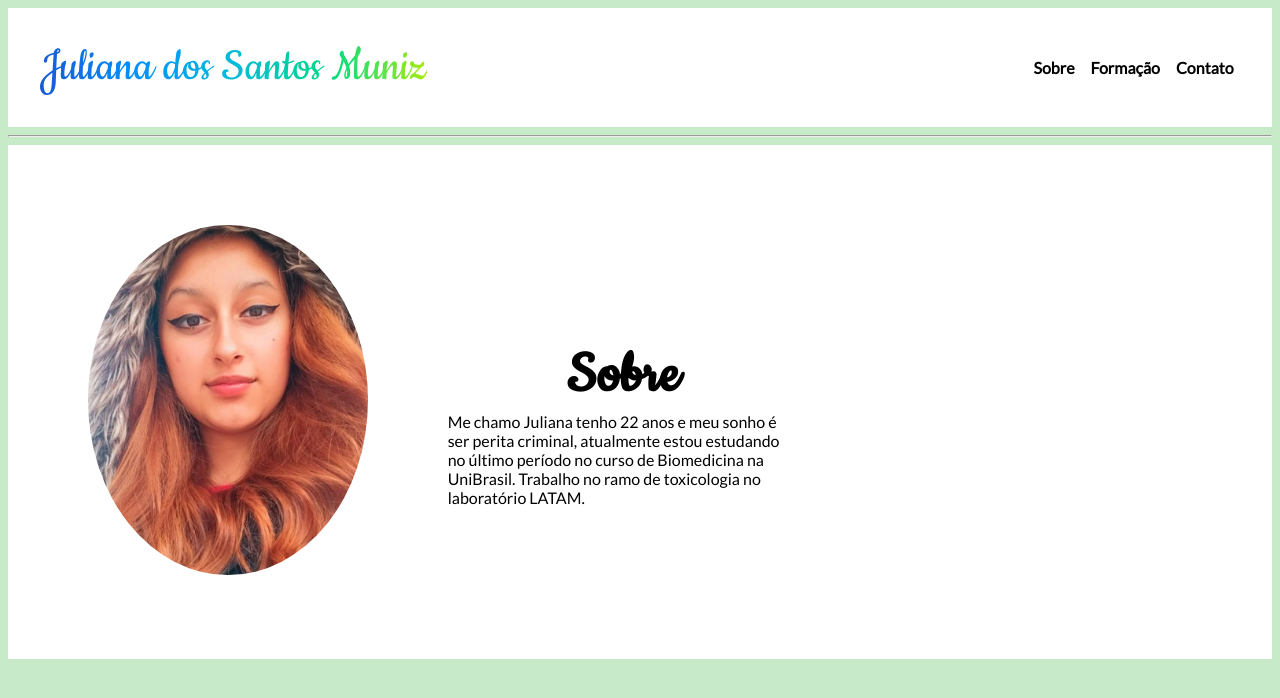
Repository: joaovnogueira/Portfolio-Juliana
Page: index.html
These files come from the project's save history. The page is drawn as it stood at one moment and after a run of saves; the edit follows.
The browser window is 1280 px wide. The pictures show the whole page.

Above is the page before, as saved 2022-06-14 16:17:23.

### index.html
<!DOCTYPE html>
<html lang="en">
<head>
    <link rel="stylesheet" href="styles.css">
    <meta charset="UTF-8">
    <meta http-equiv="X-UA-Compatible" content="IE=edge">
    <meta name="viewport" content="width=device-width, initial-scale=1.0">
    <title>Portfólio Juliana</title>
</head>
<body>
    <header>
        <nav>
            <div class="logo">Juliana dos Santos Muniz</div>
            <div class="menu">
                <a href="">Sobre</a>
                <a href="">Formação</a>
                <a href="">Contato</a>
            </div>
        </nav>
    </header>
    <hr>
    <main>
        <div class="perfil">
            <div class="foto">
                <img src="./assets/foto-perfil.png" alt="Foto de perfil" class="fotoperfil">
            </div>
            <div class="conteudo">
                <img src="/." alt=""><h1>Sobre</h1>
                <p>Me chamo Juliana tenho 22 anos e meu sonho é ser perita criminal,
                atualmente estou estudando no último período no curso de Biomedicina na UniBrasil.
                Trabalho no ramo de toxicologia no laboratório LATAM.</p>
            </div>
        </div>
    </main>
    <footer></footer>
</body>
</html>

### styles.css
@import url('https://fonts.googleapis.com/css2?family=Cookie&display=swap');
@import url('https://fonts.googleapis.com/css2?family=Lato&display=swap');

body{
    background-color: #C7EBC8;
}

header {
    background-color: #FFFFFF;
    padding: 2rem;
    align-items: center;
}

nav{
    display: flex;
    justify-content: space-between;
    align-items: center;
}

.logo{
    font-family: 'Cookie', cursive;
    font-size: 50px;
    background-clip: text;
    -webkit-background-clip: text;
    background-image: linear-gradient(to right, #1859d3, #0091fc, #00bbd9, #00da84, #a8eb12);
    color: transparent;
}

.menu{
    font-family: 'Lato', sans-serif;
    font-weight: bold;
}

a{
    text-decoration: none;
    color: black;
    margin: .4rem;
}

hr{
    background-color: #FFFFFF;
}



.perfil {
    background-color: #FFFFFF;
    display: flex;
    padding: 5rem;
    align-items: center;
}

.foto{
    align-items: center;
    margin-right: 80px;
}

.conteudo{
    align-items: center;
    max-width: 350px;
    max-height: 100vh;
    text-align: center;
    vertical-align:middle;

}

h1{
    font-family: 'Cookie', cursive;
    font-weight: bold;
    font-size: 64px;
    vertical-align:middle;
    margin-bottom: 1px;
}

p{
    margin-top: 1px;
    font-family: 'Lato', sans-serif;
    text-align: left;
}

.fotoperfil{
    border-radius: 50%;
    max-width:750px;
    max-height:350px;
    width: auto;
    height: auto;
}

.icon{
    max-width: 40px;
    max-height:40px;
}

After the next 2 saves:
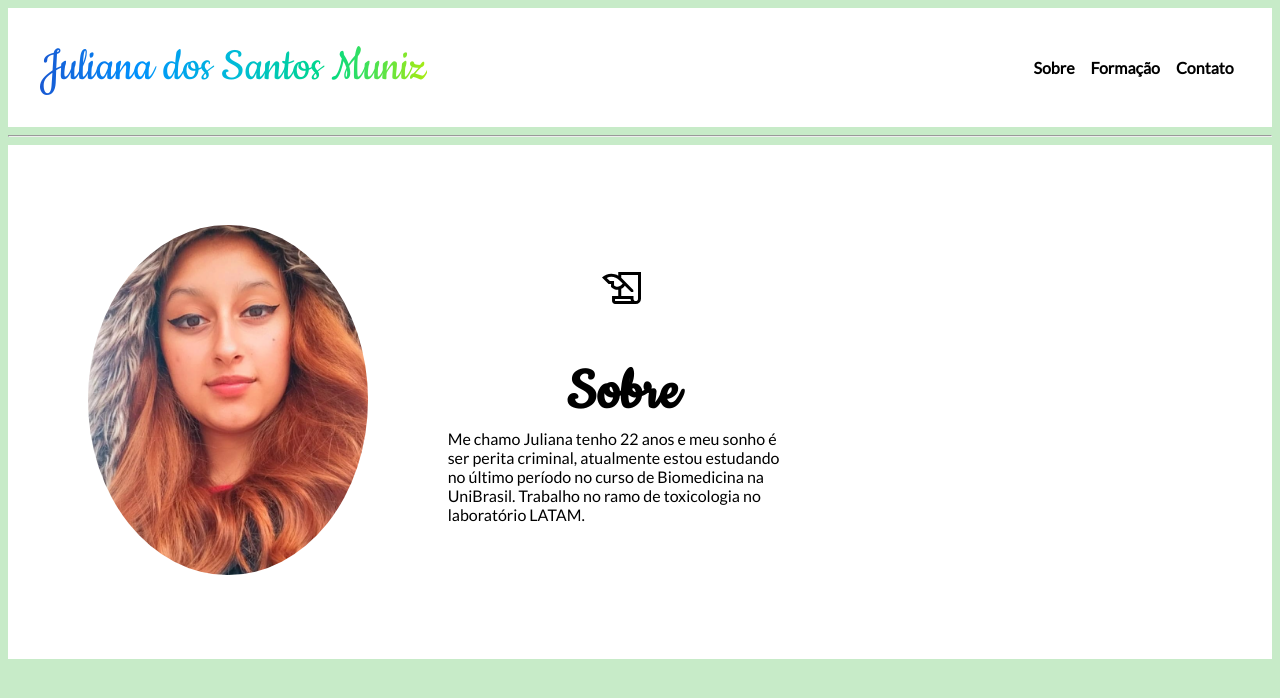
The 2 saves are shown as one change because they came seconds apart.
The last was saved 6 s later.
--- a/index.html
+++ b/index.html
@@ -25,7 +25,7 @@
                 <img src="./assets/foto-perfil.png" alt="Foto de perfil" class="fotoperfil">
             </div>
             <div class="conteudo">
-                <img src="/." alt=""><h1>Sobre</h1>
+                <img src="./assets/sobre.svg" alt=""><h1>Sobre</h1>
                 <p>Me chamo Juliana tenho 22 anos e meu sonho é ser perita criminal,
                 atualmente estou estudando no último período no curso de Biomedicina na UniBrasil.
                 Trabalho no ramo de toxicologia no laboratório LATAM.</p>
